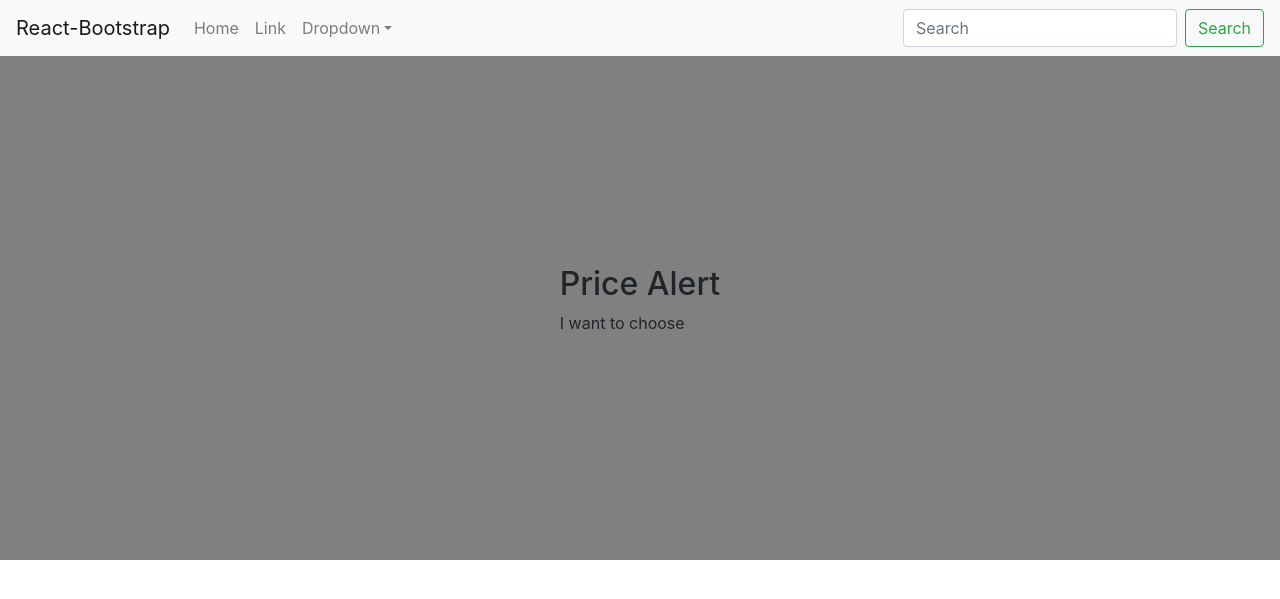
Repository: flychicken123/PriceAlertFront
Page: /
An editor plug-in stored every save of this project. The page is shown before and after the next save, followed by the edit.
The browser window is 1280 px wide. The pictures show the whole page.
The project was rebuilt for these pictures with package versions that can differ from the ones it lists, and the page was loaded fresh each time. Also part of the build but not shown: src/App.css.

Above is the page before, as saved 2021-03-05 20:22:06.

### public/index.html
<!DOCTYPE html>
<html lang="en">
  <head>
    <meta charset="utf-8" />
    <link rel="icon" href="%PUBLIC_URL%/favicon.ico" />
    <meta name="viewport" content="width=device-width, initial-scale=1" />
    <meta name="theme-color" content="#000000" />
    <meta
      name="description"
      content="Web site created using create-react-app"
    />
    <link rel="apple-touch-icon" href="%PUBLIC_URL%/logo192.png" />
    <!--
      manifest.json provides metadata used when your web app is installed on a
      user's mobile device or desktop. See https://developers.google.com/web/fundamentals/web-app-manifest/
    -->
    <link rel="manifest" href="%PUBLIC_URL%/manifest.json" />
    <link
  rel="stylesheet"
  href="https://cdn.jsdelivr.net/npm/bootstrap@4.6.0/dist/css/bootstrap.min.css"
  integrity="sha384-B0vP5xmATw1+K9KRQjQERJvTumQW0nPEzvF6L/Z6nronJ3oUOFUFpCjEUQouq2+l"
  crossorigin="anonymous"
/>
<link rel="stylesheet" href="https://fonts.googleapis.com/css?family=Roboto:300,400,500,700&display=swap" />

    <!--
      Notice the use of %PUBLIC_URL% in the tags above.
      It will be replaced with the URL of the `public` folder during the build.
      Only files inside the `public` folder can be referenced from the HTML.

      Unlike "/favicon.ico" or "favicon.ico", "%PUBLIC_URL%/favicon.ico" will
      work correctly both with client-side routing and a non-root public URL.
      Learn how to configure a non-root public URL by running `npm run build`.
    -->
    <title>React App</title>
  </head>
  <body>
    <noscript>You need to enable JavaScript to run this app.</noscript>
    <div id="root"></div>
    <!--
      This HTML file is a template.
      If you open it directly in the browser, you will see an empty page.

      You can add webfonts, meta tags, or analytics to this file.
      The build step will place the bundled scripts into the <body> tag.

      To begin the development, run `npm start` or `yarn start`.
      To create a production bundle, use `npm run build` or `yarn build`.
    -->
  </body>
</html>

### src/App.js
import logo from './logo.svg';
import './App.css';
import { BrowserRouter as Router, Switch, Route } from 'react-router-dom';
import TopNavbar from './components/TopNavbar';
import Home from './components/Home.jsx';
const App = () => {
  return (
    <Router>
      <TopNavbar />
      <Switch>
        <Route path='/' component={Home} />
      </Switch>
    </Router>
  )
}

export default App;

### src/components/TopNavbar.jsx
import React, { Component } from 'react';
import { Button, Navbar, Nav, NavDropdown, Form, FormControl } from "react-bootstrap";
const TopNavbar = () => {
    return (
        <div style={{ backgroundColor: 'grey' }}>
            <Navbar bg="light" expand="lg">
                <Navbar.Brand href="#home">React-Bootstrap</Navbar.Brand>
                <Navbar.Toggle aria-controls="basic-navbar-nav" />
                <Navbar.Collapse id="basic-navbar-nav">
                    <Nav className="mr-auto">
                        <Nav.Link href="#home">Home</Nav.Link>
                        <Nav.Link href="#link">Link</Nav.Link>
                        <NavDropdown title="Dropdown" id="basic-nav-dropdown">
                            <NavDropdown.Item href="#action/3.1">Action</NavDropdown.Item>
                            <NavDropdown.Item href="#action/3.2">Another action</NavDropdown.Item>
                            <NavDropdown.Item href="#action/3.3">Something</NavDropdown.Item>
                            <NavDropdown.Divider />
                            <NavDropdown.Item href="#action/3.4">Separated link</NavDropdown.Item>
                        </NavDropdown>
                    </Nav>
                    <Form inline>
                        <FormControl type="text" placeholder="Search" className="mr-sm-2" />
                        <Button variant="outline-success">Search</Button>
                    </Form>
                </Navbar.Collapse>
            </Navbar>
        </div>
    )
};
export default TopNavbar

### src/components/Home.jsx
import React, { Component } from 'react';
import { Form, DropdownButton, Dropdown, Row, Col } from 'react-bootstrap';

const Home = () => {
    return (
        <div className='mainControl' style={{ backgroundColor: 'grey' }}>
            <container>

                <div style={{ display: 'flex', justifyContent: 'center', alignItems: 'center', height: '70vh' }}>
                    <Form>
                        <h2>Price Alert</h2>
                        <Form.Group colcontrolId="formBasicEmail">
                            <text>I want to choose</text>
                        </Form.Group>
                    </Form>

                </div>
            </container>
        </div>
    )
}
export default Home;

Loaded but not shown: src/index.js (common file); src/index.css (common file); src/reportWebVitals.js (common file)

After the next save:
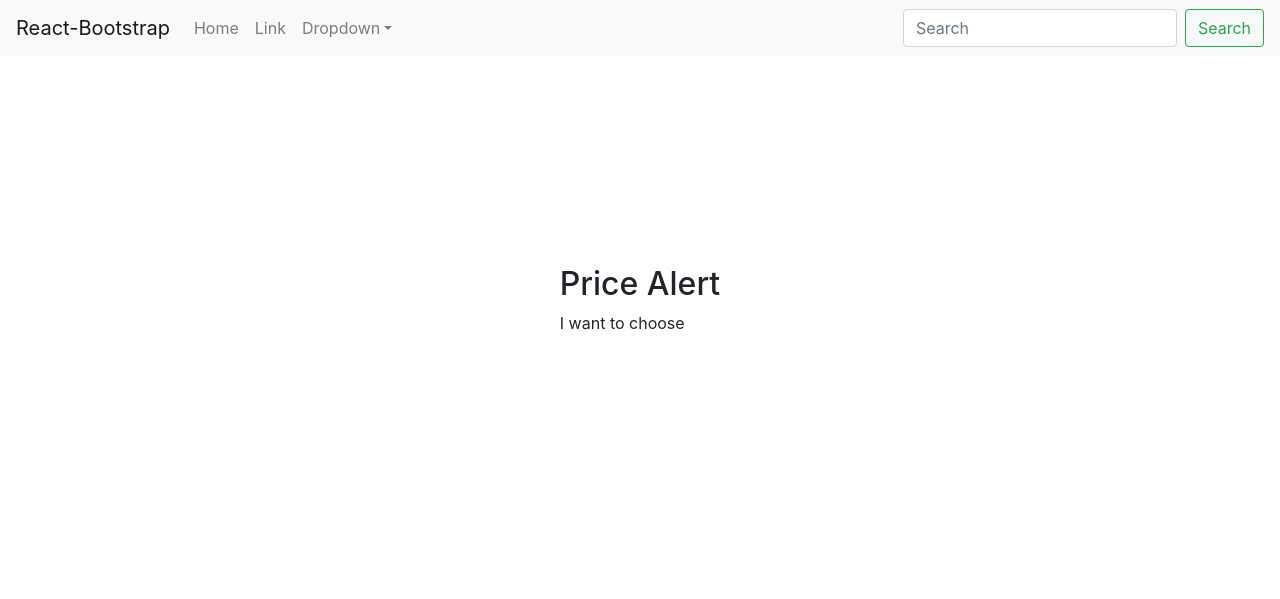
Saved 104 s later.
--- a/src/components/Home.jsx
+++ b/src/components/Home.jsx
@@ -3,7 +3,7 @@ import { Form, DropdownButton, Dropdown, Row, Col } from 'react-bootstrap';
 
 const Home = () => {
     return (
-        <div className='mainControl' style={{ backgroundColor: 'grey' }}>
+        <div className='mainControl' >
             <container>
 
                 <div style={{ display: 'flex', justifyContent: 'center', alignItems: 'center', height: '70vh' }}>
